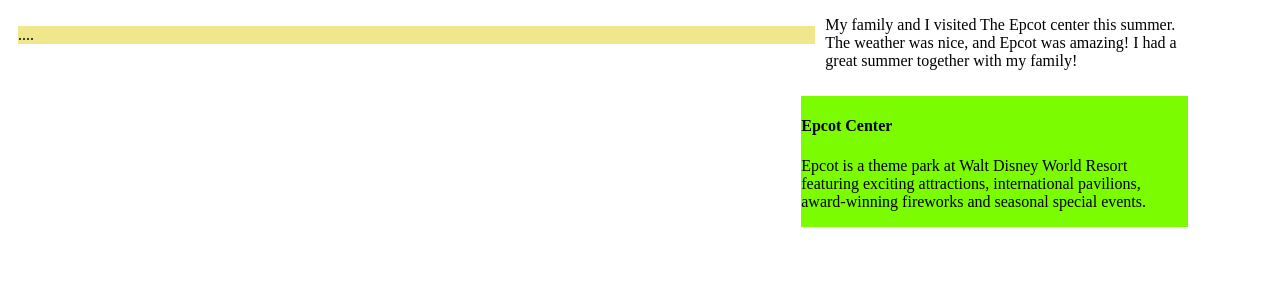
Repository: bjnabs/mws-workshop01
Page: index.html
These files come from the project's save history. The page is drawn as it stood at one moment and after the next save; the edit follows.
The browser window is 1280 px wide. The pictures show the whole page.

Above is the page before, as saved 2020-07-04 09:54:44.

After the next save:
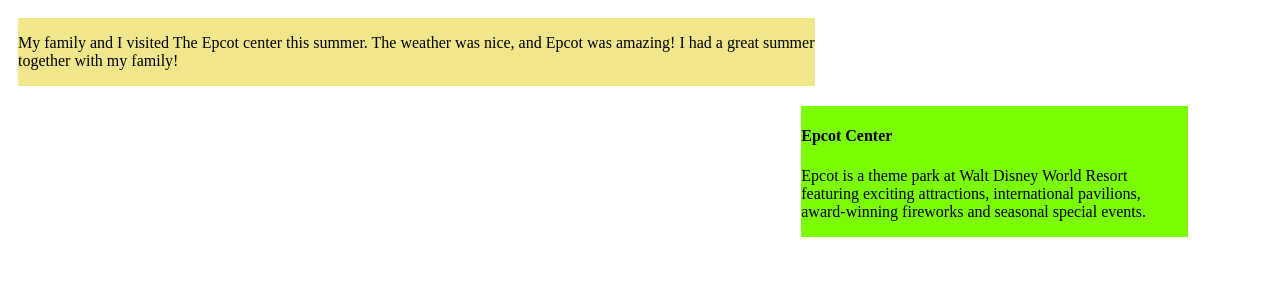
Saved 30 s later.
--- a/index.html
+++ b/index.html
@@ -9,9 +9,9 @@
 <body>
     <div class="container">
         <section>
-                ....
+            <p>My family and I visited The Epcot center this summer. The weather was nice, and Epcot was amazing! I had a great summer together with my family!</p>
         </section>
-        <p>My family and I visited The Epcot center this summer. The weather was nice, and Epcot was amazing! I had a great summer together with my family!</p>
+
 
 <aside>
   <h4>Epcot Center</h4>
